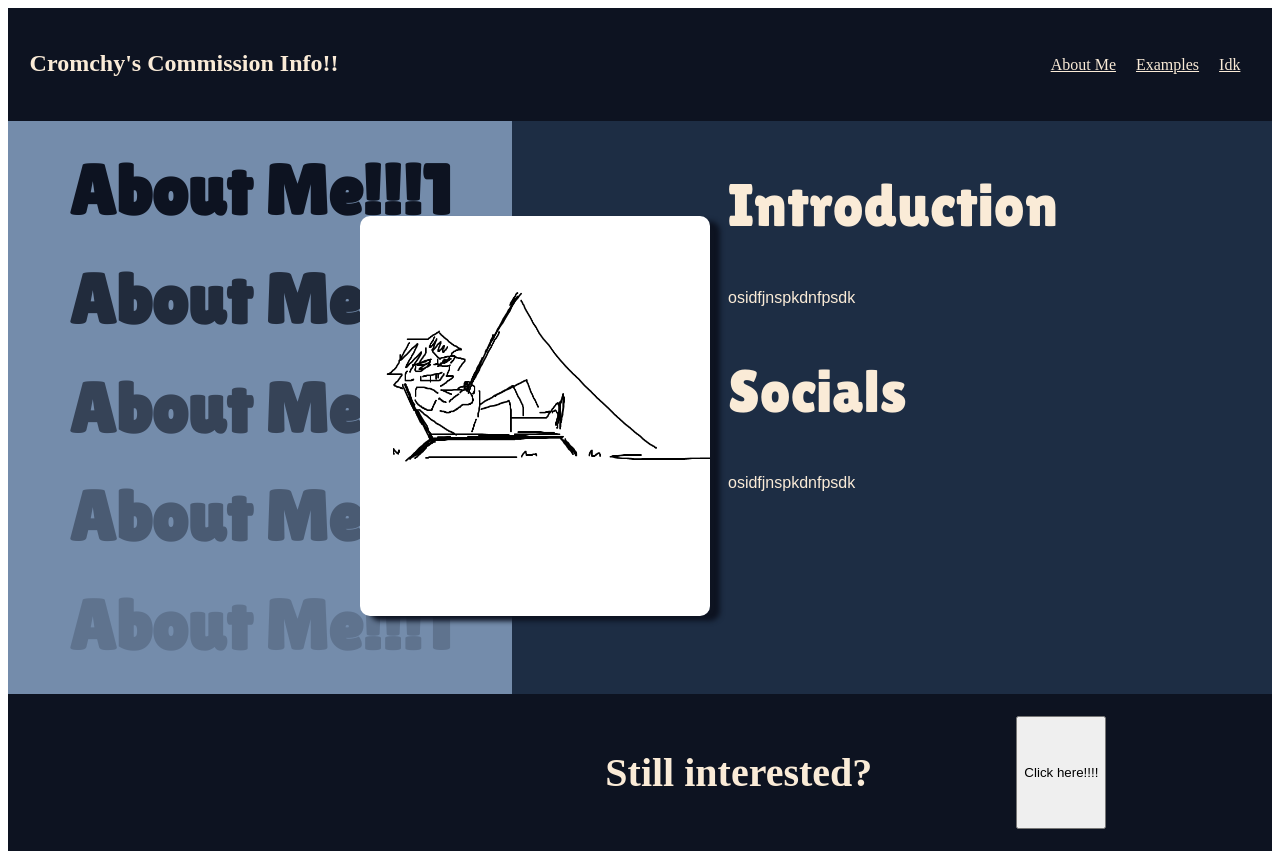
Repository: crackaLack1n/Cromchys_Commission_Site
Page: /
An editor plug-in stored every save of this project. The page is shown before and after the next save, followed by the edit.
The browser window is 1280 px wide. The pictures show the whole page.
The project was rebuilt for these pictures with package versions that can differ from the ones it lists, and the page was loaded fresh each time. The framework's server and built-in components were replaced by stand-ins that run in the browser. Also part of the build but not shown: next.config.mjs.

Above is the page before, as saved 2024-06-11 15:38:23.

### pages/_app.js
import "@/styles/globals.css";
import { Lilita_One } from "next/font/google";


const lilita_One = Lilita_One({ weight: '400', subsets: ["latin"] });

export default function App({ Component, pageProps }) {
  return <Component {...pageProps} />;
}

### pages/index.js
import Head from "next/head";
import Header from "@/Components/Header";
import Image from "next/image";
import styles from "@/styles/Home.module.css";
import Footer from "@/Components/Footer";
import { Lilita_One } from "next/font/google";


const lilita_One = Lilita_One({ weight: '400', subsets: ["latin"] });



export default function Home() {
  return (
    <>
      <Head>
        <title>Cromchy's Commission</title>
        <meta name="description" content="Generated by create next app" />
        <meta name="viewport" content="width=device-width, initial-scale=1" />
        <link rel="icon" href="/favicon.ico" />
      </Head>

      <Header />

      <main className={`${styles.main}`}>
      <div >
          <Image src={'/images/banner2.png'} height={400} width={350} className={styles.image}></Image>
        </div>
        <div className={styles.mainContainer}>
          <div className={styles.containerLeft}>
            <div className={`${styles.contentLeft} ${lilita_One.className}`}>
              <p >About Me!!!1</p>
              <p style={{opacity: '0.8'}}>About Me!!!1</p>
              <p style={{opacity: '0.6'}}>About Me!!!1</p>
              <p style={{opacity: '0.4'}}>About Me!!!1</p>
              <p style={{opacity: '0.2'}}>About Me!!!1</p>
            </div>
          </div>
          <div className={styles.containerRight}>
            <div className={styles.contentRight}>
              <h2 className={`${styles.heading} ${lilita_One.className}`}>Introduction</h2>
              <p>osidfjnspkdnfpsdk</p>
              <h2  className={`${styles.heading} ${lilita_One.className}`}>Socials</h2>
              <p>osidfjnspkdnfpsdk</p>
            </div>
          </div>
        </div>
      </main>
      <Footer />
    </>
  );
}

### Components/Header/index.js
import Link from "next/link"
import style from './header.module.css';
export default function Header() {
  return (
    <>
      <div className={style.main}>
        <h2>Cromchy's Commission Info!!</h2>
        <nav className={style.nav}>
          <ul className={style.buttons}>
            <li><Link href={`/`}>About Me</Link></li>
            <li><Link href={`/Examples`}>Examples</Link></li>
            <li><Link href={`/Idk`}>Idk</Link></li>
          </ul>
        </nav>
      </div>
    </>
  )
}

### styles/Home.module.css
.main {
  display: flex;
  min-height: 20vh;
  background-color: #748CAB;
}

.mainContainer {
  position: relative;
 display: grid;
 grid-template-columns:  1fr 3fr;
 height: auto;

}

.containerLeft {
  display: flex;
  width: 70vh;
  justify-content: center;
}

.contentLeft p {
  font-size: 70px;
  font-weight: 600;
  margin: 4vh;
  color: #0D1321;
}
.containerRight {
  display: flex;
  padding-left: 30vh;
  background-color: #1D2D44;
  width: auto;
  color: antiquewhite;
  font-family: sans-serif;
}

.heading {
  font-size: 60px;
}
.image {
  z-index: 1;
  top: 30vh;
  left: 50vh;
  position: absolute;
  border-radius: 10px;
  box-shadow: #0D1321 10px 5px 5px ;
}
/* Mobile */
@media (max-width: 700px) {

}

/* Tablet and Smaller Desktop */
@media (min-width: 701px) and (max-width: 1120px) {

}

### Components/Footer/index.js
import style from './footer.module.css';

export default function Footer() {
  return(
    <>
    <footer className={style.main}>
      <div className={style.content}>
      <h2 className={style.heading}>Still interested?</h2>
      <button className={style.button}>Click here!!!!</button>
      </div>
    </footer>
    </>
  )
}

### Components/Header/header.module.css
.main {
  display: flex;
  justify-content: space-between;
  padding: 3vh;
  background-color: #0D1321;
  color: antiquewhite;
}


.nav {
justify-content: end;

}

.buttons {
  display: flex;

}

.buttons li {
  padding: 10px;
  list-style-type: none;
  color: antiquewhite;
}

.buttons a {
  color: antiquewhite;
}

### Components/Footer/footer.module.css
.main {
  display: flex;
  padding: 3vh;
  background-color: #0D1321;
  color: antiquewhite;
  flex-shrink: 0;
}

.content {
  display: flex;
  flex-direction: row;
  width: 100%;
  justify-content: flex-end;
}

.heading {
  margin-right: 20vh;
  font-size: 40px;
}

.button {
  margin-right: 20vh;
}

Loaded but not shown: pages/_document.js (common file); styles/globals.css (common file)

After the next save:
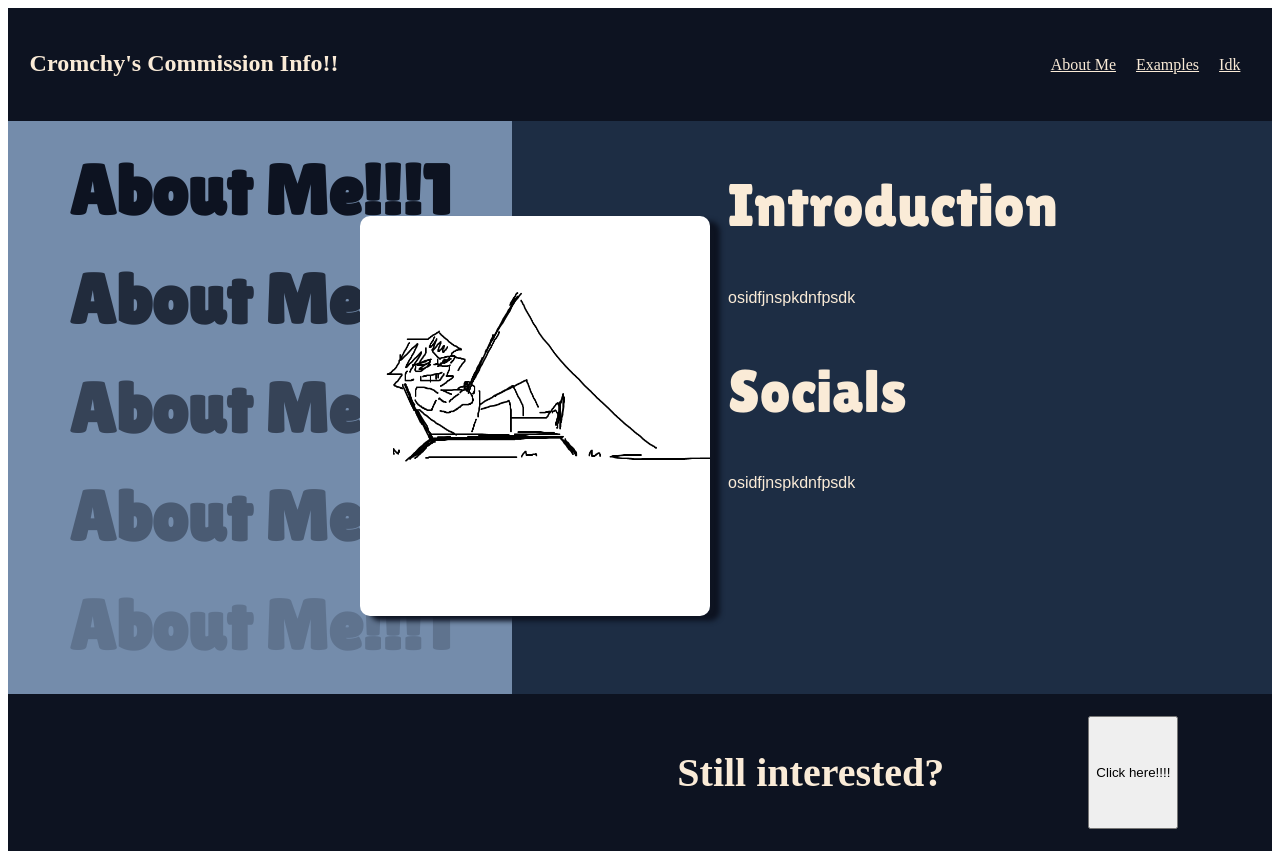
Saved 4 s later.
--- a/Components/Footer/footer.module.css
+++ b/Components/Footer/footer.module.css
@@ -19,5 +19,5 @@
 }
 
 .button {
-  margin-right: 20vh;
+  margin-right: 10vh;
 }
